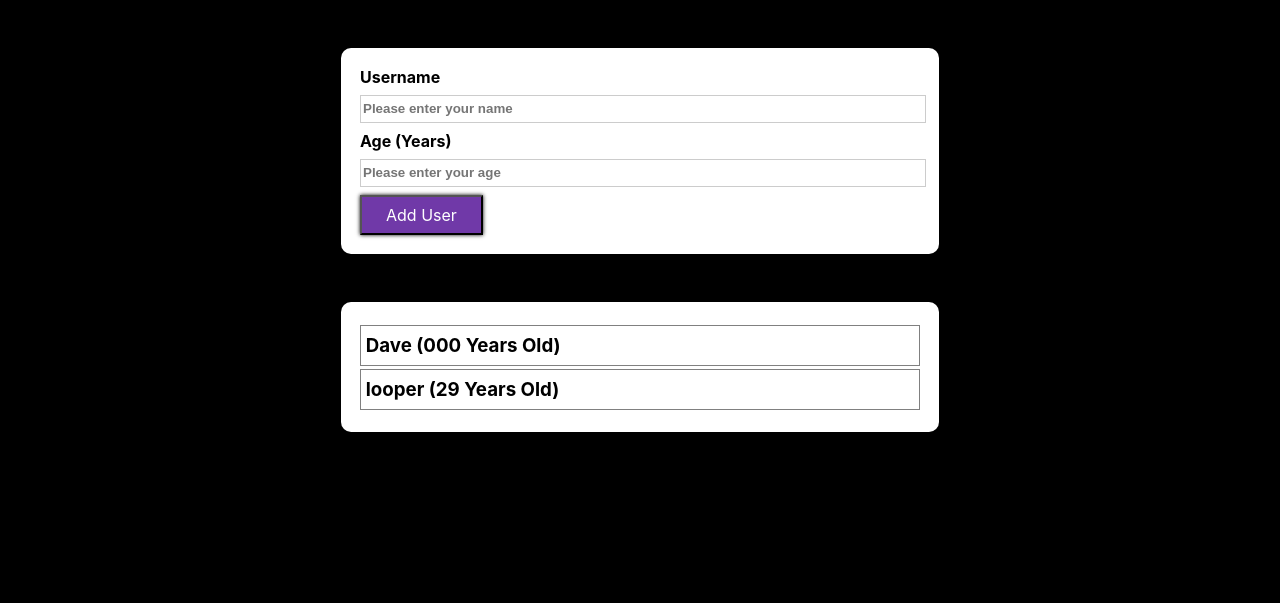
Repository: NamalPathirana/section-eight
Page: /
The author's editor kept a copy of each file at every save. The page is drawn from the files as they stood at one save, then again after the next save.
The browser window is 1280 px wide. The pictures show the whole page.
The project was rebuilt for these pictures with package versions that can differ from the ones it lists, and the page was loaded fresh each time. Also part of the build but not shown: src/App.module.css, src/UI/ErrorModal/ErrorModal.module.css.

Above is the page before, as saved 2021-12-04 13:45:02.

After the next save:
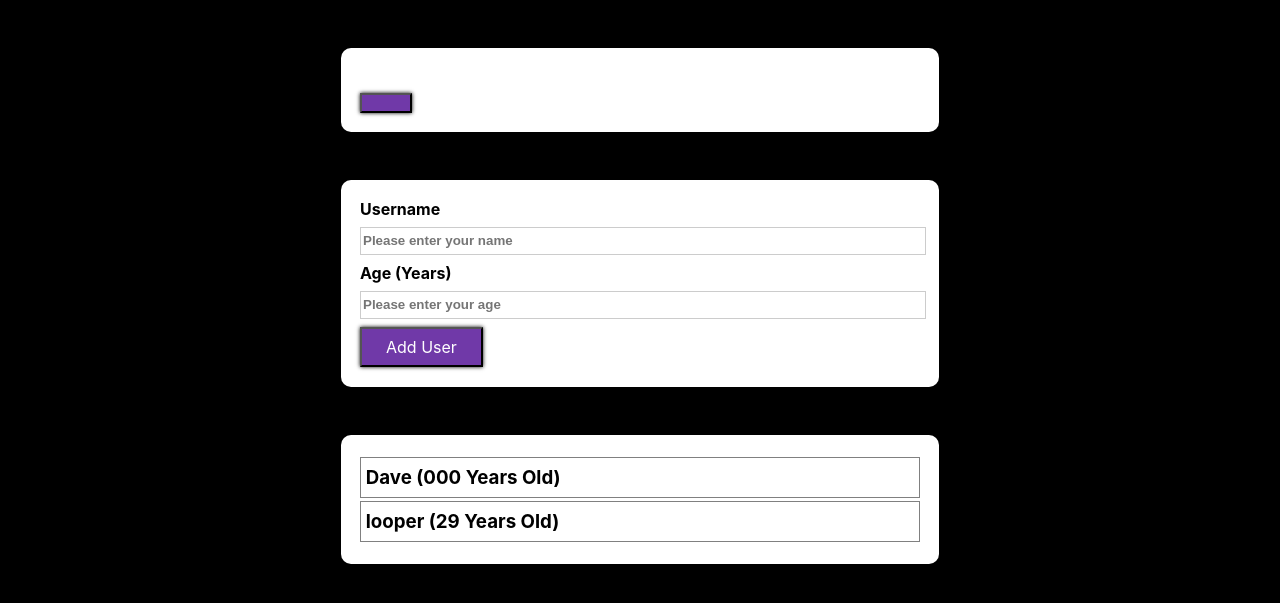
Saved 2 min 8 s later.
--- a/src/Components/UserInput/UserInput.js
+++ b/src/Components/UserInput/UserInput.js
@@ -2,6 +2,7 @@ import Button from "../../UI/Button/Button";
 import styles from "./UserInput.module.css";
 import { useState } from "react";
 import Card from "../../UI/Card/Card";
+import ErrorModal from "../../UI/ErrorModal/ErrorModal";
 
 const UserInput = (props) => {
   const userEntry = { key: 0, name: "lol", age: "25" };
@@ -50,6 +51,8 @@ const UserInput = (props) => {
   };
 
   return (
+    <div>
+    <ErrorModal></ErrorModal>
     <Card>
       <form onSubmit={FormSubmitHandler}>
         <div className={styles.frame}>
@@ -80,6 +83,7 @@ const UserInput = (props) => {
         </div>
       </form>
     </Card>
+    </div>
   );
 };
 
